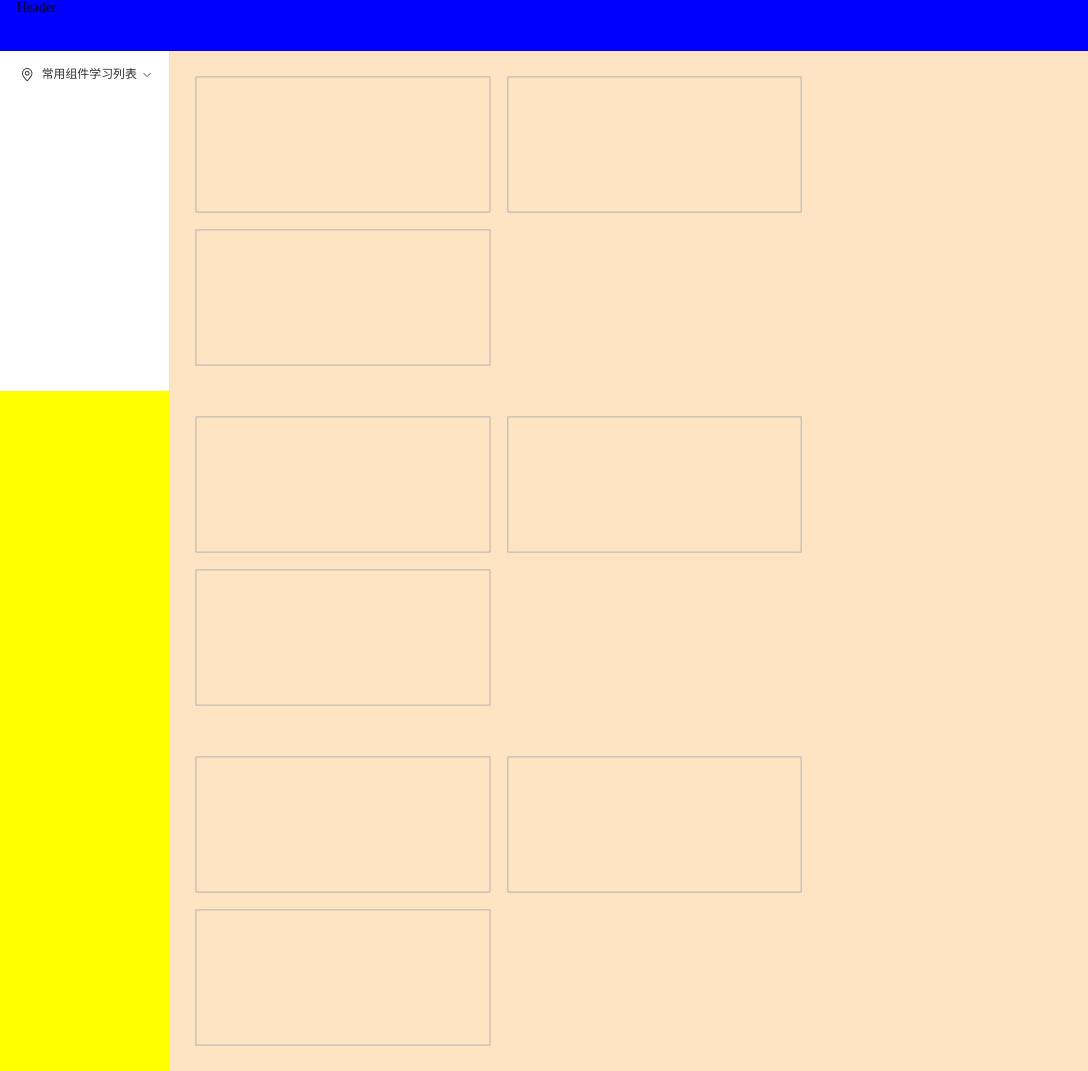
Repository: 553559555/vue3-project
Page: /#/index (app in vue3-app/)
An editor plug-in stored every save of this project. The page is shown before and after the next save, followed by the edit.
The browser window is 1280 px wide. The pictures show the whole page, at 85% of full size.
The project was rebuilt for these pictures with package versions that can differ from the ones it lists, and the page was loaded fresh each time. Also part of the build but not shown: vue3-app/vite.config.ts.

Above is the page before, as saved 2025-03-24 10:42:36.

After the next save:
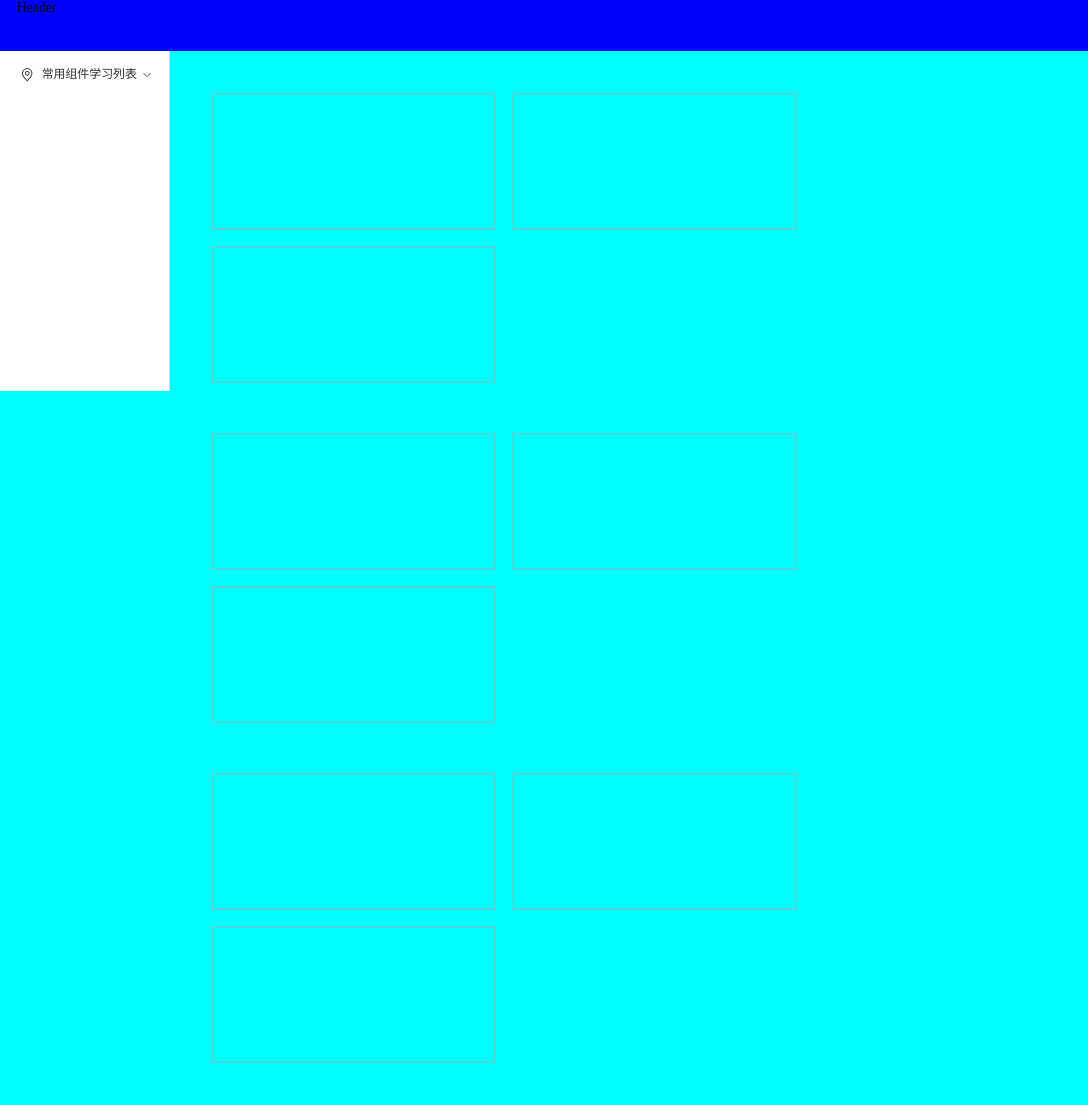
Saved 35 s later.
--- a/vue3-app/src/views/index.vue
+++ b/vue3-app/src/views/index.vue
@@ -26,24 +26,27 @@ import HomeLeft from './components/home-left.vue'
 .container {
     width: 100vw;
     height: 100vh;
+    box-sizing: border-box;
 
-    .el-header {
+    :deep(.el-header) {
         background-color: blue;
+        box-sizing: border-box;
     }
 
-    .el-container {
+    :deep(.el-container) {
         background-color: aqua;
+        box-sizing: border-box;
 
-        .el-aside {
+        :deep(.el-aside) {
             background-color: yellow;
+            box-sizing: border-box;
         }
 
-        .el-main {
+        :deep(.el-main) {
             background-color: bisque;
             padding: 0;
+            box-sizing: border-box;
         }
-
     }
-
 }
 </style>
